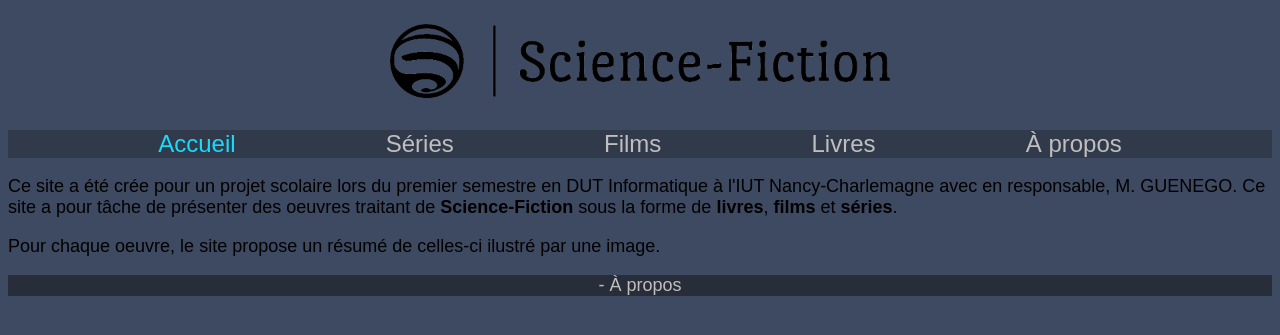
Repository: Emalios/Projet-Web
Page: index.html
The author's editor kept a copy of each file at every save. The page is drawn from the files as they stood at one save, then again after the next save.
The browser window is 1280 px wide. The pictures show the whole page.

Above is the page before, as saved 2020-11-11 18:12:59.

### index.html
<!DOCTYPE html>
<html lang="fr" dir="ltr">

<head>
  <meta charset="utf-8">
  <meta name="viewport" content="width=device-width, initial-scale=1.0">
  <title>Science-Fiction</title>
  <link rel="icon" href="images/small_icon.png" type="image/png">
  <link rel="stylesheet" href="css/common.css">
</head>

<body>
  <header>
    <img id="logo" src="images/logo_large.png" alt="logo de Science-fiction">
    <nav class="navbar">
      <a href="index.html" id="active" class="nav-link">Accueil</a>
      <a href="html/series.html" class="nav-link">Séries</a>
      <a href="html/films.html" class="nav-link">Films</a>
      <a href="html/livres.html" class="nav-link">Livres</a>
      <a href="html/a-propos.html" class="nav-link">À propos</a>
    </nav>
  </header>
  <main>
    <p>Ce site a été crée pour un projet scolaire lors du premier semestre en DUT Informatique à l'IUT Nancy-Charlemagne avec en responsable, M. GUENEGO.
      Ce site a pour tâche de présenter des oeuvres traitant de <b>Science-Fiction</b> sous la forme de <b>livres</b>, <b>films</b> et <b>séries</b>.
    </p>
    <p>Pour chaque oeuvre, le site propose un résumé de celles-ci ilustré par une image.</p>
  </main>
  <footer><a href="html/a-propos.html" class="footer-link">- À propos</a></footer>
</body>


</html>

### css/common.css
body {
  background-color: #3e4a61;
  font-size: 18px;
  font-family: "Source Sans Pro", sans-serif;
}

#logo {
  display: block;
  margin-left: auto;
  margin-right: auto;
  padding-top: 1rem;
  padding-bottom: 2rem;
  max-width: 500px;
}

ul {
  list-style: none outside none;
}

.navbar {
  font-size: 24px;
  display: flex;
  flex-wrap: wrap;
  justify-content: space-evenly;
  padding: 0;
  background-color: #313a4b;
}

.nav-link, .footer-link {
  text-decoration: none;
  color: #c0bebe;
}

.nav-link:hover {
  color: #19dafa;
}

#active {
  color: #19dafa !important;
}

#title {
  text-align: center;
  padding: 1rem;
}

footer {
  background-color: #272e3a;
  text-align: center;
}

@media all and (max-width: 700px) {
  #logo {
    display: block;
    margin-left: auto;
    margin-right: auto;
    padding-top: 1em;
    width: 85%;
    max-width: 500px;
  }

}

After the next save:
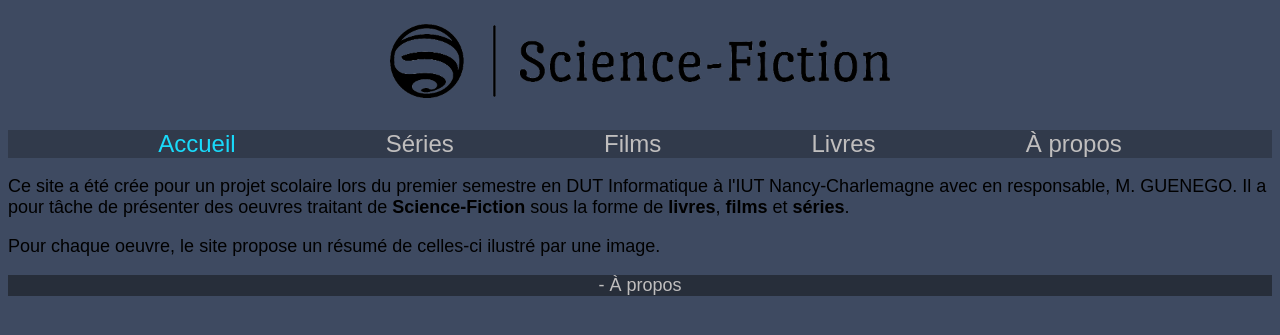
Saved 13 s later.
--- a/index.html
+++ b/index.html
@@ -22,7 +22,7 @@
   </header>
   <main>
     <p>Ce site a été crée pour un projet scolaire lors du premier semestre en DUT Informatique à l'IUT Nancy-Charlemagne avec en responsable, M. GUENEGO.
-      Ce site a pour tâche de présenter des oeuvres traitant de <b>Science-Fiction</b> sous la forme de <b>livres</b>, <b>films</b> et <b>séries</b>.
+      Il a pour tâche de présenter des oeuvres traitant de <b>Science-Fiction</b> sous la forme de <b>livres</b>, <b>films</b> et <b>séries</b>.
     </p>
     <p>Pour chaque oeuvre, le site propose un résumé de celles-ci ilustré par une image.</p>
   </main>
